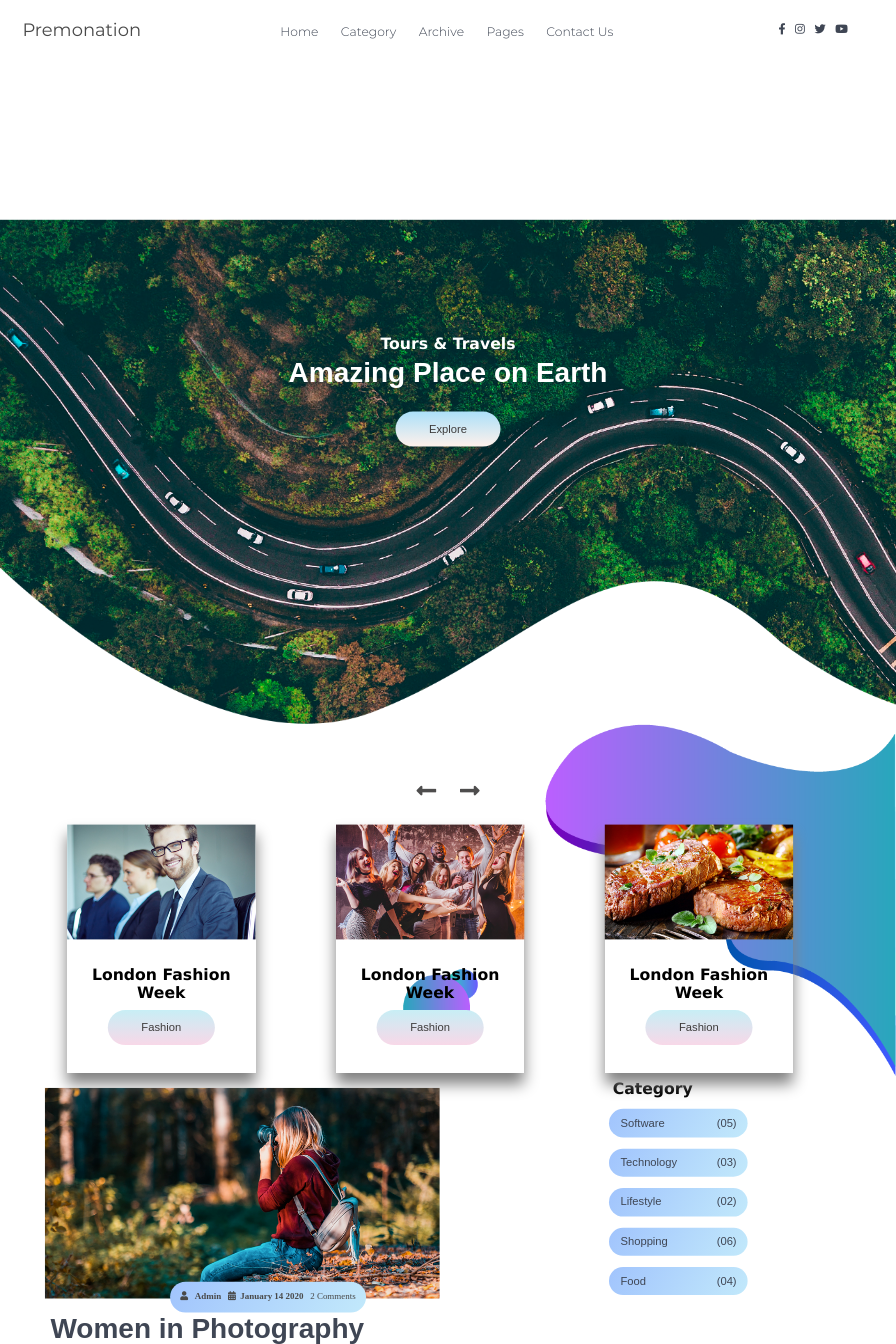
Repository: premjawaharp/Blogsite
Page: index.html
The author's editor kept a copy of each file at every save. The page is drawn from the files as they stood at one save, then again after a run of saves.
The browser window is 1280 px wide. The pictures show the part of the page from y = 0 to 1920 px (the page is 4527 px tall before and 4277 px after), at 70% of full size.

Above is the page before, as saved 2020-09-18 15:59:27.

After the next 4 saves:
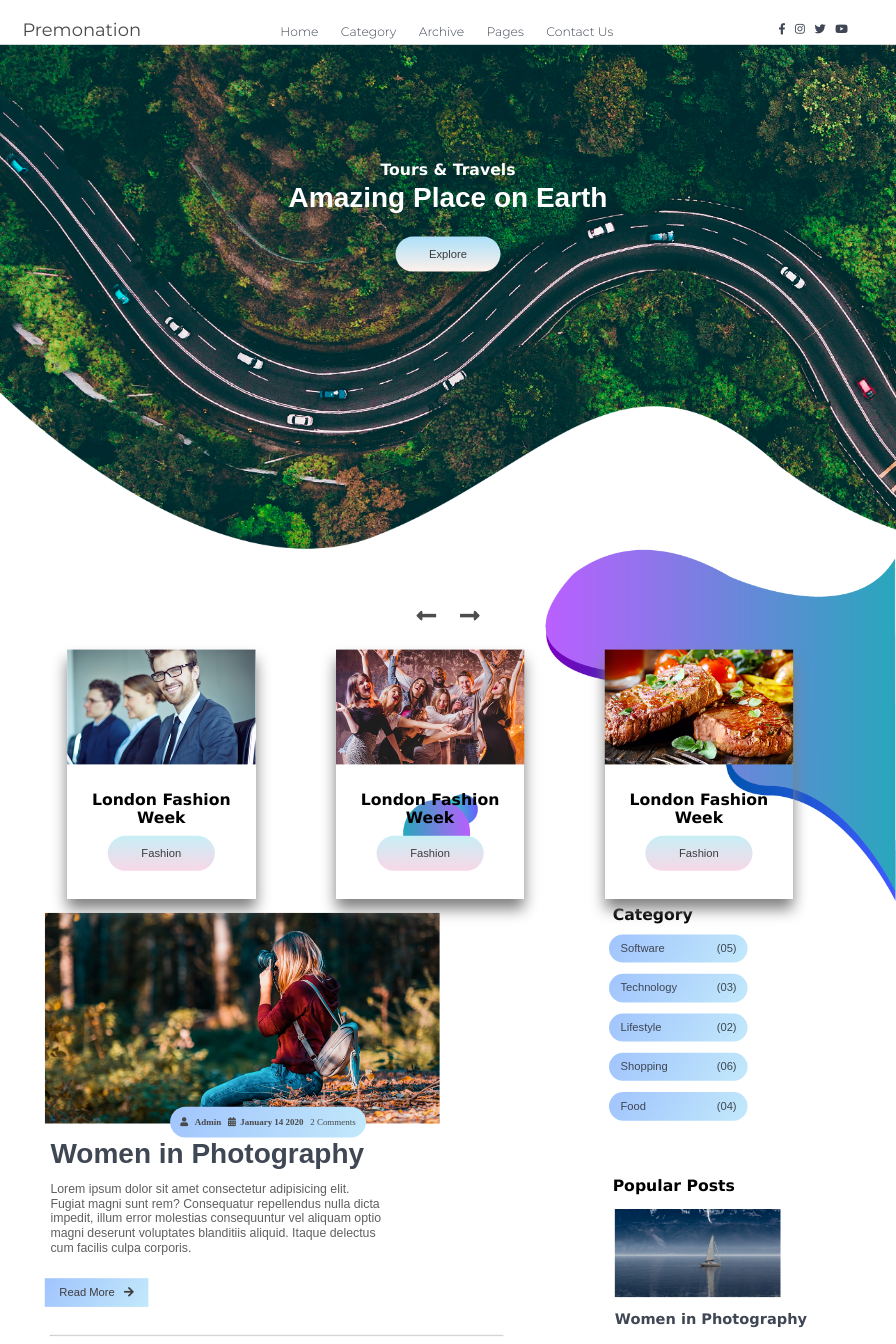
The 4 saves are shown as one change because they came seconds apart.
The last was saved 30 s later.
--- a/css/style.css
+++ b/css/style.css
@@ -35,7 +35,7 @@ html,body{
 
 /* --------global classes-------- */
 main{
-    margin-top: 20%;
+    margin-top: .5%;
 }
 a{
     text-decoration: none;
